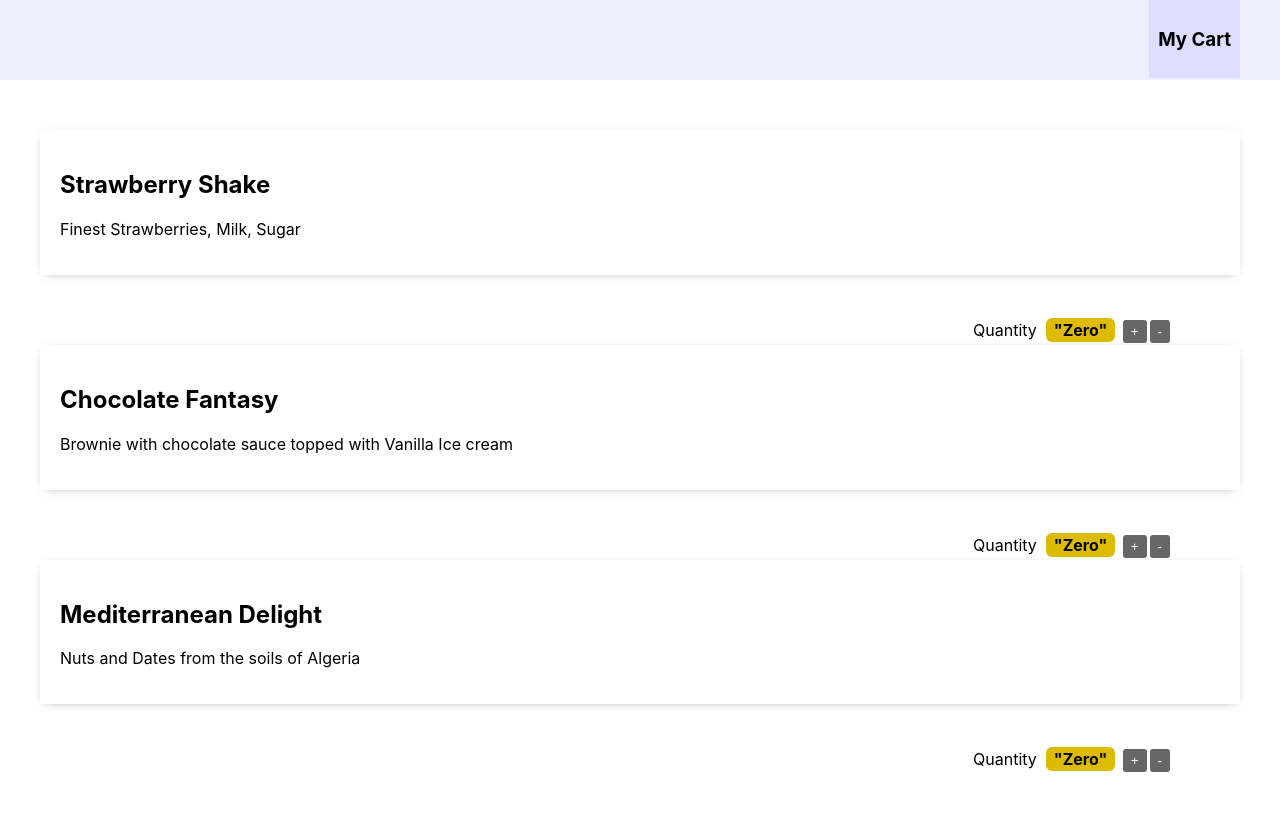
Repository: suhail-yazdan/shopping-cart-react
Page: /
These files come from the project's save history. The page is drawn as it stood at one moment and after the next save; the edit follows.
The browser window is 1280 px wide. The pictures show the whole page.
The project was rebuilt for these pictures with package versions that can differ from the ones it lists, and the page was loaded fresh each time.

Above is the page before, as saved 2023-10-05 15:44:37.

After the next save:
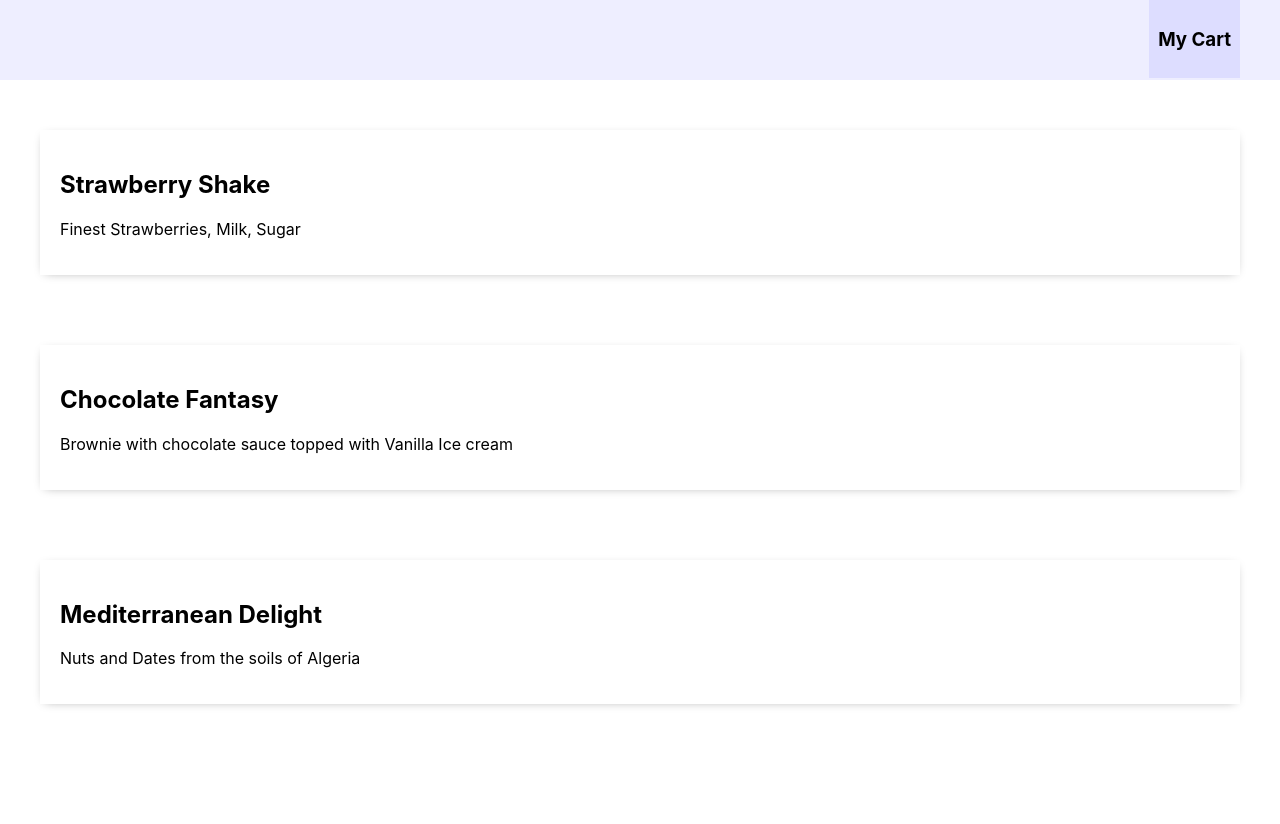
Saved 4 min 30 s later.
--- a/src/Card.jsx
+++ b/src/Card.jsx
@@ -10,6 +10,11 @@ const Card = (props) => {
     return cardClass
   }
 
+  const getOverlayState = () => {
+    let overlayclass = cardSelected === true ? "overlay show" : "overlay hide";
+    return overlayclass;
+  };
+
   // console.log("get Card Class: ", getCardClass())
 
 
@@ -17,7 +22,7 @@ const Card = (props) => {
     <div className={getCardClass()}>
       <h2> {props.productDetail.name} </h2>
       <p>{props.productDetail.desc}</p>
-      <div>
+      <div className={getOverlayState()}>
         <Counter />
       </div>
     </div>
